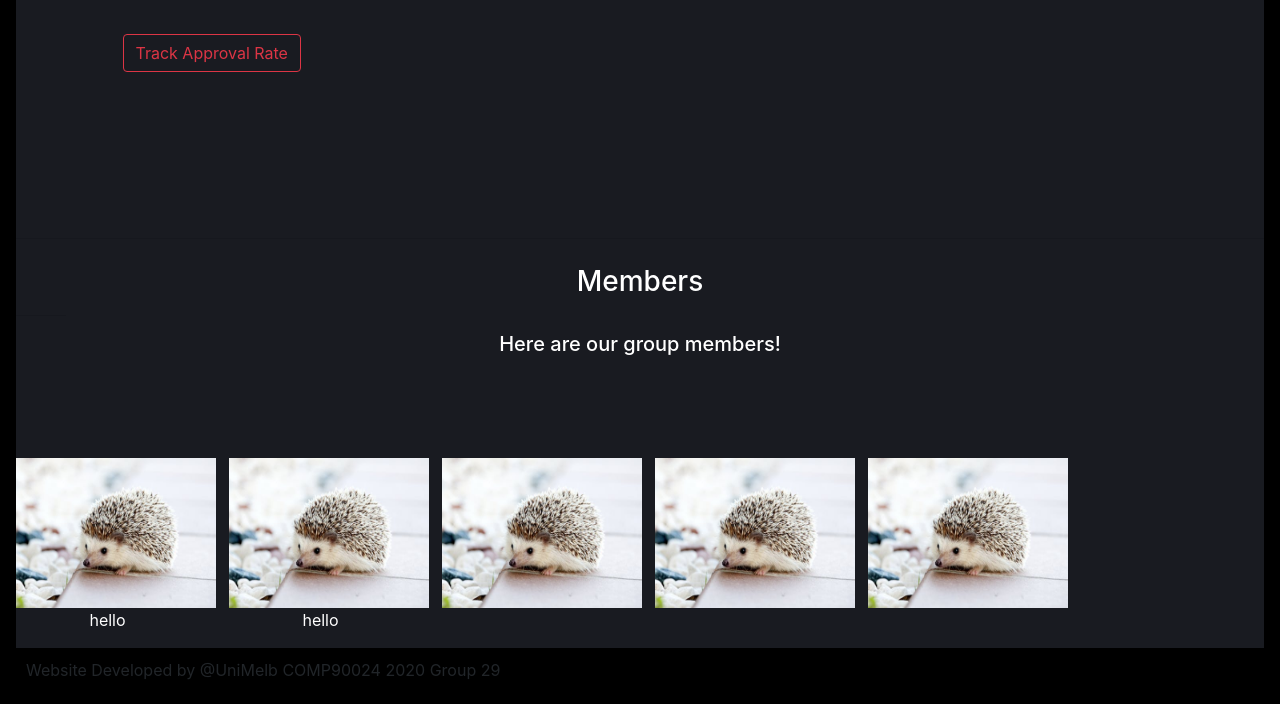
Repository: gusyi/COMP90024_Team29
Page: frontend/templates/frontend/home.html
The author's editor kept a copy of each file at every save. The page is drawn from the files as they stood at one save, then again after the next save.
The browser window is 1280 px wide. The pictures show the part of the page from y = 679 to 1383 px (the page is 1383 px tall).
Some web libraries are served in a nearby version. The template is drawn by Django 3.2. The application's start-up code is not run. Other server files are loaded and not shown. The template is opened directly, without the code that normally fills it, so the values that code supplies are empty.

Above is the page before, as saved 2020-05-25 23:35:26.

### backend/frontend/templates/frontend/home.html
{% extends "base_generic.html" %}

{% block main%}

    <div style="background-color:rgb(25, 27, 33);">


    <div style="height: 30px"></div>

    <div class="row">
        <div class="col-sm-1"></div>
        <div class="col-sm-6">
           <div style="height: 70px"></div>
            <h1 style="font-size:100px;color:white;" > Scott Morrison</h1>
            <svg height="30" width="1000">
                <line x1="0" y1="30" x2="400" y2="30" style="stroke:rgb(255,255,255);stroke-width:20" />
            </svg>
            <div style="height: 20px"></div>
            <h1 style="font-size:50px;color:white;" > A Sentiment Analysis on</h1>
            <h1 style="font-size:50px;color:white;" > Twitter Content</h1>

            <div style="height: 80px"></div>
            <a href="/map/"><button type="button" class="btn btn-outline-danger">Track Approval Rate</button></a>


        </div>
        <div class="col-sm-5">
            <div style="height: 50px"></div>
            {% load static %}
            <img src="{% static 'frontend/images/test2.svg' %}" width="500" height="500"/>


        </div>

    </div>
    <div style="height: 150px"></div>
    <hr>

    <div style="height: 10px"></div>
    <h3  style="text-align: center;color:white;"> Members</h3>
    <hr style="width:50px;text-align:center;color:white;margin-left:0">
    <h5  style="text-align: center;color:white;"> Here are our group members!</h5>
    <br>
    <div style="height: 20px"></div>
    <div class="row">

        <div class="col-sm-2">

            <div style="height: 50px"></div>
            {% load static %}
            <img src="{% static 'frontend/images/pic1.jpeg' %}" width="200" height="150"/>

            <p style="text-align: center;color:white;"> hello</p>


        </div>

        <div class="col-sm-2">
            <div style="height: 50px"></div>
            {% load static %}
            <img src="{% static 'frontend/images/pic1.jpeg' %}" width="200" height="150"/>
            <p style="text-align: center;color:white;"> hello</p>


        </div>

        <div class="col-sm-2">
            <div style="height: 50px"></div>
            {% load static %}
            <img src="{% static 'frontend/images/pic1.jpeg' %}" width="200" height="150"/>


        </div>

        <div class="col-sm-2">
            <div style="height: 50px"></div>
            {% load static %}
            <img src="{% static 'frontend/images/pic1.jpeg' %}" width="200" height="150"/>


        </div>

        <div class="col-sm-2">
            <div style="height: 50px"></div>
            {% load static %}
            <img src="{% static 'frontend/images/pic1.jpeg' %}" width="200" height="150"/>


        </div>

    </div>



    <div>

    </div>
    </div>



{% endblock %}

### backend/frontend/templates/base_generic.html
<!doctype html>
<html lang="en">
  <head>
    <meta charset="utf-8">
    <meta name="viewport" content="width=device-width, initial-scale=1, shrink-to-fit=no">
    <meta name="description" content="">
    <meta name="author" content="Mark Otto, Jacob Thornton, and Bootstrap contributors">
    <meta name="generator" content="Jekyll v3.8.6">
    {% block title %}<title>Morrison Index</title>{% endblock %}


    <link rel="canonical" href="https://getbootstrap.com/docs/4.4/examples/cover/">

  {% load static %}
  <link rel="stylesheet" href="{% static 'frontend/bootstrap.min.css' %}">
  <script src="https://kit.fontawesome.com/e01ef97213.js" crossorigin="anonymous"></script>

    <!-- Favicons -->
<link rel="apple-touch-icon" href="/docs/4.4/assets/img/favicons/apple-touch-icon.png" sizes="180x180">
<link rel="icon" href="/docs/4.4/assets/img/favicons/favicon-32x32.png" sizes="32x32" type="image/png">
<link rel="icon" href="/docs/4.4/assets/img/favicons/favicon-16x16.png" sizes="16x16" type="image/png">
<link rel="manifest" href="/docs/4.4/assets/img/favicons/manifest.json">
<link rel="mask-icon" href="/docs/4.4/assets/img/favicons/safari-pinned-tab.svg" color="#563d7c">
<link rel="icon" href="/docs/4.4/assets/img/favicons/favicon.ico">
<meta name="msapplication-config" content="/docs/4.4/assets/img/favicons/browserconfig.xml">
<meta name="theme-color" content="#563d7c">

    <style>
        #footer {

            padding: 10px 10px 0px 10px;
            bottom: 0;
            width: 100%;
            /* Height of the footer*/
            height: 40px;
            background: dark;
        }
        .bd-placeholder-img {
          font-size: 1.125rem;
          text-anchor: middle;
          -webkit-user-select: none;
          -moz-user-select: none;
          -ms-user-select: none;
          user-select: none;
        }

        @media (min-width: 768px) {
          .bd-placeholder-img-lg {
            font-size: 3.5rem;
          }
        }
    </style>

  </head>
  <header class="masthead mb-auto">
    <div class="inner">

        <nav class="navbar navbar-expand-lg navbar-dark bg-black">

            {% load static %}
            <img src="{% static 'frontend/images/website_logo_90_675.svg' %}" width="90" height="67"/>
            <a class="navbar-brand" href="/">Morrison Index</a>
            <button class="navbar-toggler" type="button" data-toggle="collapse" data-target="#navbarColor02" aria-controls="navbarColor02" aria-expanded="false" aria-label="Toggle navigation">
                <span class="navbar-toggler-icon"></span>
            </button>


            <div class="collapse navbar-collapse" id="navbarColor02">
                <ul class="navbar-nav mr-auto">
                <li class="nav-item active">
                    <a class="nav-link" href="/">Home <span class="sr-only">(current)</span></a>
                </li>
                <li class="nav-item">
                    <a class="nav-link" href="/map/">Map and Statistics</a>
                </li>
                </ul>

            </div>
        </nav>
    </div>
  </header>
  <body style="background-color:black;">

  {% load static %}
  <script src="{% static "frontend/main.js" %}"></script>
    <div class="cover-container d-flex w-100 h-100 p-3 mx-auto flex-column">


  <main role="main" class="inner cover">
  {% block main%}
  {% endblock%}

  </main>

  <div id="footer" >
    <div class="inner">
      <p>Website Developed by @UniMelb COMP90024 2020 Group 29</p>
    </div>
  </div>
</div>
</body>
<script src="https://code.jquery.com/jquery-3.4.1.slim.min.js" integrity="sha384-J6qa4849blE2+poT4WnyKhv5vZF5SrPo0iEjwBvKU7imGFAV0wwj1yYfoRSJoZ+n" crossorigin="anonymous"></script>
<script src="https://cdn.jsdelivr.net/npm/popper.js@1.16.0/dist/umd/popper.min.js" integrity="sha384-Q6E9RHvbIyZFJoft+2mJbHaEWldlvI9IOYy5n3zV9zzTtmI3UksdQRVvoxMfooAo" crossorigin="anonymous"></script>
<script src="https://stackpath.bootstrapcdn.com/bootstrap/4.4.1/js/bootstrap.min.js" integrity="sha384-wfSDF2E50Y2D1uUdj0O3uMBJnjuUD4Ih7YwaYd1iqfktj0Uod8GCExl3Og8ifwB6" crossorigin="anonymous"></script>

</html>

Loaded but not shown: backend/frontend/static/frontend/bootstrap.min.css (library); backend/frontend/static/frontend/main.js (library); backend/frontend/static/frontend/images/website_logo_90_675.svg (549 lines, source omitted)

After the next save:
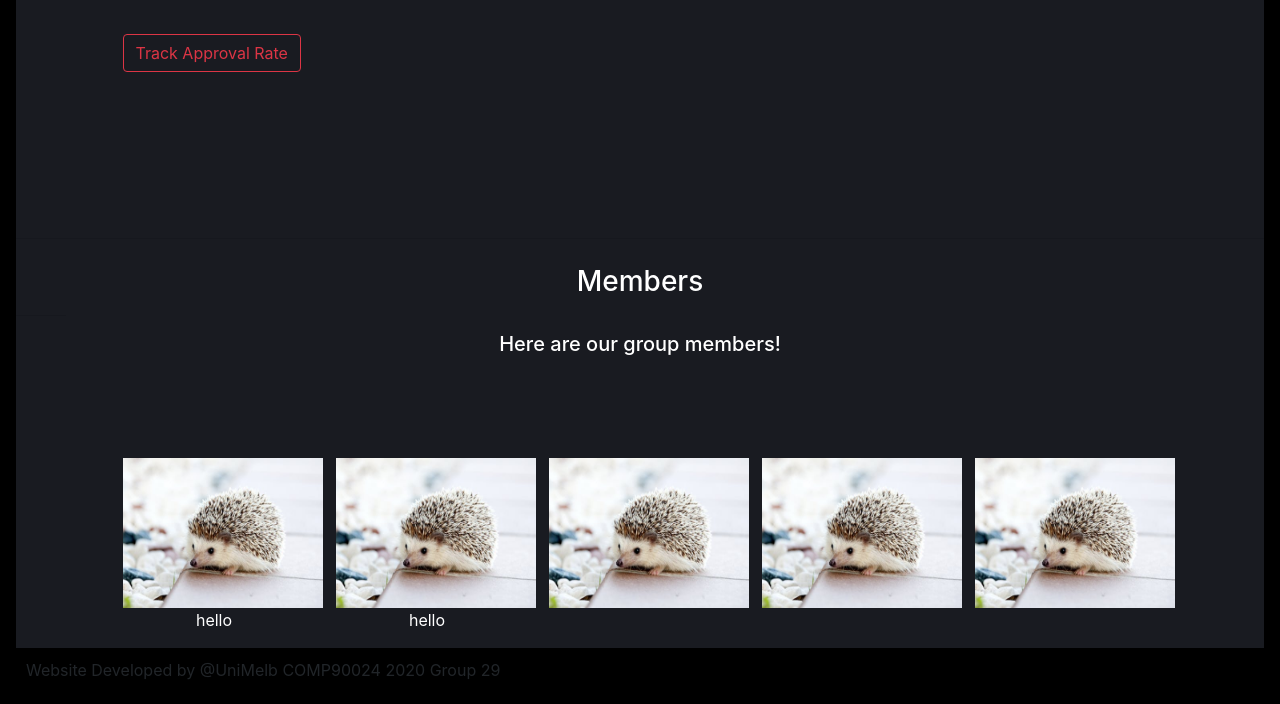
Saved 13 s later.
--- a/backend/frontend/templates/frontend/home.html
+++ b/backend/frontend/templates/frontend/home.html
@@ -43,7 +43,7 @@
     <br>
     <div style="height: 20px"></div>
     <div class="row">
-
+        <div class="col-sm-1"></div>
         <div class="col-sm-2">
 
             <div style="height: 50px"></div>
